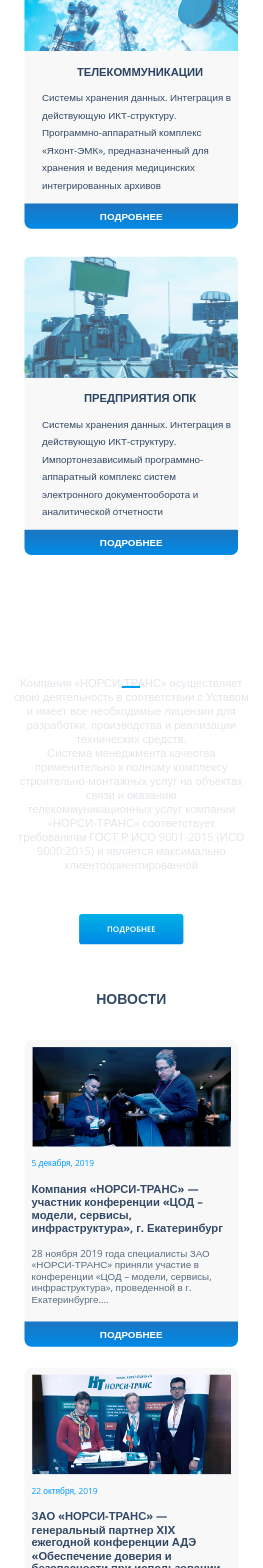
Repository: frostnn/testTaskBurbon
Page: app/index.html
An editor plug-in stored every save of this project. The page is shown before and after the next save, followed by the edit.
The browser window is 375 px wide. The pictures show the part of the page from y = 1707 to 3947 px (the page is 6716 px tall), at 70% of full size.
The style sheet was rebuilt from its Sass, Less or Tailwind sources for each picture, by a compiler version that may differ from the author's.

Above is the page before, as saved 2020-07-17 07:56:48.

After the next save:
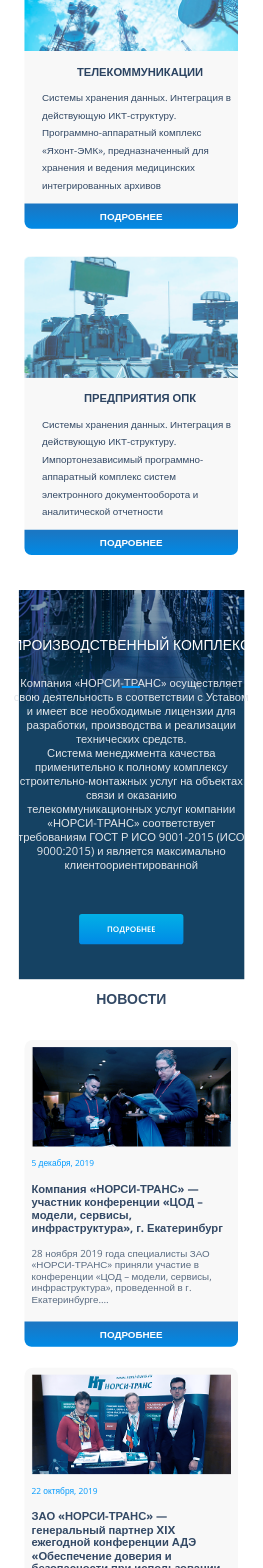
Saved 23 s later.
--- a/app/scss/_media.scss
+++ b/app/scss/_media.scss
@@ -743,5 +743,6 @@
   }
   .production {
     background-image: none;
-  }
-}
+    background-image: url('../img/bg_mob.png');
+  }
+}
